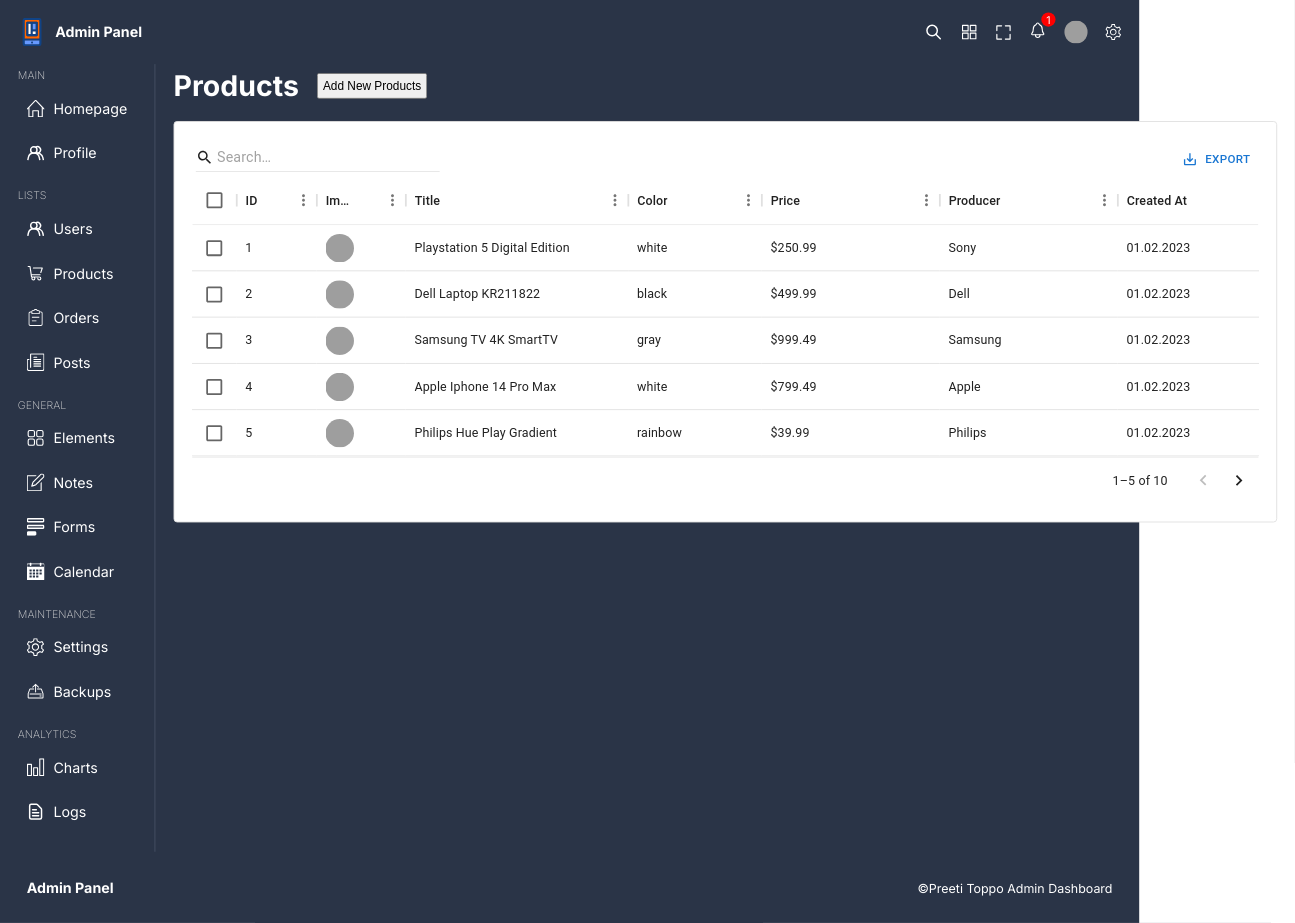
Repository: PreetiToppo/Dashboard
Page: /products (app in Dashboard/)
These files come from the project's save history. The page is drawn as it stood at one moment and after the next save; the edit follows.
The browser window is 1280 px wide. The page is 1455 px wide, so the pictures cover 1455 px, including what lies to the right of the window. The pictures show the whole page, at 89% of full size.
Pictures or frames that could not be fetched are drawn as grey boxes. The project was rebuilt for these pictures with package versions that can differ from the ones it lists, and the page was loaded fresh each time. Also part of the build but not shown: Dashboard/vite.config.ts, Dashboard/src/components/barChartBox/barChatBox.css, Dashboard/src/components/barChartBox/BarChartBox.tsx, Dashboard/src/components/chartBox/chartBox.scss, Dashboard/src/components/chartBox/ChartBox.tsx, Dashboard/src/components/pieChartBox/pieChartBox.scss, Dashboard/src/components/pieChartBox/PieChartBox.tsx, Dashboard/src/components/topBox/topBox.scss and 14 more.

Above is the page before, as saved 2023-08-16 22:56:27.

### Dashboard/src/App.tsx
import Home from "./pages/home/Home"
import {
  createBrowserRouter,
  RouterProvider,
  Outlet,
} from "react-router-dom"
import Users from "./pages/users/Users"
import Products from "./pages/products/Products"
import {Navbar} from "./components/navbar/Navbar"
import { Footer } from "./components/footer/Footer"
import { Menu } from "./components/menu/Menu"
import Login from "./pages/login/Login"
import "./styles/global.scss"
import User from "./pages/user/User"
import Product from "./pages/product/Product"
import { QueryClientProvider, QueryClient } from "@tanstack/react-query"

const queryClient=new QueryClient();
function App() {

  const Layout = () => {
    return (
      <div className="main">
        <Navbar />
        <div className="container">
          <div className="menuContainer">
            <Menu/>
          </div>
          <div className="contentContainer">
            <QueryClientProvider client={queryClient}>
            <Outlet/>
            </QueryClientProvider>

          </div>
        </div>
        <Footer/>
      </div>
    )
  }

  const router = createBrowserRouter ( [
    {
      path: "/",
      element: <Layout/>,
      children:[
        {
          path: "/",
          element:<Home />,
        },
        {
          path:"/users",
          element :<Users/>
        },
        {
          path :"/products",
          element :  <Products/>
        },
        {
          path :"/users/:id",
          element :  <User/>
        },
        {
          path :"/products/:id",
          element :  <Product/>
        },
        ]
    },
    {
      path:"/login",
      element:<Login/>
    }
  ])

  return (
    <RouterProvider router = {router}/>
  )
}

export default App

### Dashboard/src/pages/products/Products.tsx
import { useState } from "react";
import "./products.scss";
import DataTable from "../../components/dataTable/DataTable";
import Add from "../../components/add/Add";
import { GridColDef } from "@mui/x-data-grid";
import { products } from "../../data";

const columns: GridColDef[] = [
  { field: "id", headerName: "ID", width: 90 },
  {
    field: "img",
    headerName: "Image",
    width: 100,
    renderCell: (params) => {
      return <img src={params.row.img || "/noavatar.png"} alt="" />;
    },
  },
  {
    field: "title",
    type: "string",
    headerName: "Title",
    width: 250,
  },
  {
    field: "color",
    type: "string",
    headerName: "Color",
    width: 150,
  },
  {
    field: "price",
    type: "string",
    headerName: "Price",
    width: 200,
  },
  {
    field: "producer",
    headerName: "Producer",
    type: "string",
    width: 200,
  },
  {
    field: "createdAt",
    headerName: "Created At",
    width: 200,
    type: "string",
  },
  {
    field: "inStock",
    headerName: "In Stock",
    width: 150,
    type: "boolean",
  },
];

const Products = () => {
  const [open, setOpen] = useState(false);

  return (
    <div className="products">
      <div className="info">
        <h1>Products</h1>
        <button onClick={() => setOpen(true)}>Add New Products</button>
      </div>
      <DataTable slug="products" columns={columns} rows={products} />
      {open && <Add slug="product" columns={columns} setOpen={setOpen} />}
    </div>
  );
};

export default Products;

### Dashboard/src/components/navbar/Navbar.tsx
import './navbar.scss'

export const Navbar = () => {
  return (
    <div className='navbar'>
      <div className="logo">
        <img src="logo.svg" alt="" />
        <span>Admin Panel</span>
      </div>
      <div className="icons">
        <img src="/search.svg" alt="" />
        <img src="/app.svg" alt="" />
        <img src="expand.svg" alt="" />
        <div className="notification">
          <img src="/notifications.svg" alt="" />
          <span>1</span>
        </div>
        <div className="user">
          <img src="https://images.unsplash.com/photo-1616325629936-99a9013c29c6?ixlib=rb-4.0.3&ixid=M3wxMjA3fDB8MHxwaG90by1wYWdlfHx8fGVufDB8fHx8fA%3D%3D&auto=format&fit=crop&w=387&q=80" alt="" />
        </div>
        <img src="settings.svg" alt="" />
      </div>
    </div>
  )
}

### Dashboard/src/components/footer/Footer.tsx
import './footer.scss'

export const Footer = () => {
  return (
    <div className='footer'>
      <span>Admin Panel</span>
      <span>©Preeti Toppo Admin Dashboard</span>
    </div>
  )
}

### Dashboard/src/components/menu/Menu.tsx
import { Link } from 'react-router-dom'
import './menu.scss'
import {menu} from "../../data"

export const Menu = () => {
  return (
    <div className='menu'>
      {
        menu.map((item) => (
          <div className="item" key = {item.id}>
          <span className="title">{item.title}</span>
          {
            item.listItems.map((listItem) => (
              <Link to={listItem.url} className='listItem' key={listItem.id}>
          <img src={listItem.icon} alt="" />
          <span className='listItemTitle'>{listItem.title}</span>
          </Link>
            ))
          }
        </div>
        ))
      }
    </div>
  )
}

### Dashboard/src/styles/global.scss
@import "./variables.scss";
* {
  margin: 0;
  padding: 0;
  box-sizing: border-box;
}

a {
  text-decoration: none;
  color: inherit;
}

.main {
  font-family: "Inter", sans-serif;
  background-color: $main-bg;
  color: $main-color;
}

.container{
  display: flex;
}

.menuContainer {
  width: 250px;
  padding: 5px 20px;
  border-right:2px solid $soft-bg;
}

.contentContainer {
  width: 100%;
  padding: 5px 20px;
}

### Dashboard/src/components/dataTable/DataTable.tsx
import { DataGrid, GridColDef,
    GridToolbar, } from "@mui/x-data-grid"
import "./dataTable.scss"
import { Link } from "react-router-dom";
import { useMutation, useQueryClient } from "@tanstack/react-query";

type Props = {
    columns: GridColDef[];
    rows: object[];
    slug: string;
  };


export default function DataTable(props: Props) {

  const queryClient=useQueryClient();
  const mutation = useMutation({
    mutationFn: (id: number) => {
      return fetch(`http://localhost:8800/api/${props.slug}/${id}`, {
        method: "DELETE",
      })
    },
    onSuccess: () => {
      queryClient.invalidateQueries([`all${props.slug}`]);
    }
  })
    const handleDelete = (id: number) => {
       mutation.mutate(id)
      };

      const actionColumn: GridColDef = {
        field: "action",
        headerName: "Action",
        width: 200,
        renderCell: (params) => {
          return (
            <div className="action">
              <Link to={`/${props.slug}/${params.row.id}`}>
                <img src="/view.svg" alt="" />
              </Link>
              <div className="delete" onClick={() => handleDelete(params.row.id)}>
                <img src="/delete.svg" alt="" />
              </div>
            </div>
          );
        },
      };

  return (
    <div className="dataTable">
        <DataGrid
        className="dataGrid"
        rows={props.rows}
        columns={[...props.columns, actionColumn]}
        initialState={{
            pagination: {
                paginationModel: {
                    pageSize: 5,
                }
            }
        }}
        slots={{toolbar: GridToolbar}}
        slotProps={{
            toolbar:{
                showQuickFilter:true,
                quickFilterProps:{debounceMs:500},
            }
        }}
        pageSizeOptions={[5]}
        checkboxSelection
        disableRowSelectionOnClick
        disableColumnFilter
        disableDensitySelector
        disableColumnSelector
        />
    </div>
  )
}

### Dashboard/src/pages/products/products.scss
.products{

    .info{
      display: flex;
      align-items: center;
      gap: 20px;
      margin-bottom: 20px;

      button{
        padding: 5px;
        cursor: pointer;
      }
    }
  }

### Dashboard/src/components/navbar/navbar.scss
.navbar {
    width: 100%;
    padding: 20px;
    display: flex;
    align-items: center;
    justify-content: space-between;

    .logo {
        display: flex;
        align-items: center;
        font-weight: bold;
        gap: 10px;
    }

    .icons{
        display:flex;
        align-items: center;
        gap: 20px;

        .notification {
            position: relative;

            span{
                background: red;
                color: white;
                width: 16px;
                height: 16px;
                border-radius: 50%;
                position: absolute;
                top: -10px;
                right: -10px;
                display: flex;
                align-items: center;
                justify-content: center;
                font-size: 12px;
            }
        }

    .user {
        display: flex;
        align-items: center;
        gap: 10px;

        img{
            width: 26px;
            height: 26px;
            border-radius:50%;
            object-fit: cover;;
        }
    }
}
}

### Dashboard/src/components/footer/footer.scss
.footer{
    display: flex;
    align-items: center;
    justify-content: space-between;
    padding: 30px;

    span {

        &:first-child{
            font-weight: bold;
        }

        &:last-child{
            font-size: 14px;
        }
    }
}

### Dashboard/src/components/menu/menu.scss
@import "../../styles/variables.scss";
.menu {

    .item {
        display:flex;
        flex-direction: column;
        gap: 10px;
        margin-bottom: 20px;

        .title {
            font-size: 12px;
            font-weight: 200;
            color: $soft-color;
            text-transform: uppercase;
        }

        .listItem {
            display:flex;
            align-items: center;
            gap: 10px;
            padding: 10px;
            border-radius: 5px;

            &:hover{
                background: $soft-color;
                color: black;
            }
        }
    }
}

### Dashboard/src/components/dataTable/dataTable.scss
.dataTable{

    .dataGrid{
      background: white;
      padding: 20px;

      .MuiDataGrid-toolbarContainer{
        flex-direction: row-reverse;
      }

      img{
        width: 32px;
        height: 32px;
        border-radius: 50%;
        object-fit: cover;
      }

      .action{
        display: flex;
        gap: 15px;

        img{
          width: 20px;
          height: 20px;
          cursor: pointer;
        }
      }
    }
  }

Loaded but not shown: Dashboard/index.html (common file); Dashboard/src/main.tsx (common file); Dashboard/src/data.ts (common file); Dashboard/src/styles/variables.scss (common file)

After the next save:
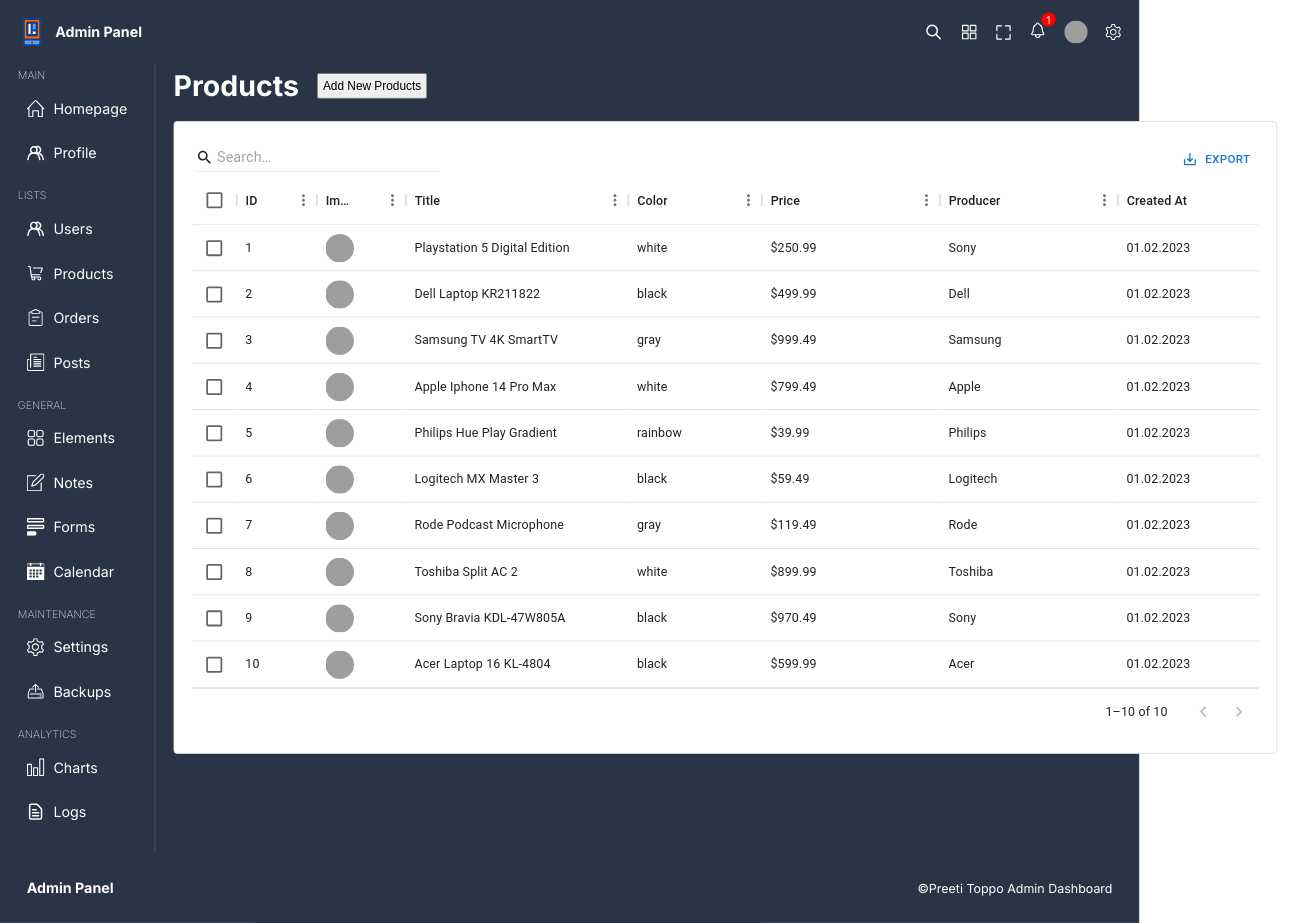
Saved 3 min 15 s later.
--- a/Dashboard/src/components/dataTable/DataTable.tsx
+++ b/Dashboard/src/components/dataTable/DataTable.tsx
@@ -1,70 +1,76 @@
-import { DataGrid, GridColDef,
-    GridToolbar, } from "@mui/x-data-grid"
-import "./dataTable.scss"
+import {
+  DataGrid,
+  GridColDef,
+  GridToolbar,
+} from "@mui/x-data-grid";
+import "./dataTable.scss";
 import { Link } from "react-router-dom";
 import { useMutation, useQueryClient } from "@tanstack/react-query";
 
 type Props = {
-    columns: GridColDef[];
-    rows: object[];
-    slug: string;
-  };
+  columns: GridColDef[];
+  rows: object[];
+  slug: string;
+};
 
+const DataTable = (props: Props) => {
 
-export default function DataTable(props: Props) {
+  // TEST THE API
 
-  const queryClient=useQueryClient();
+  const queryClient = useQueryClient();
   const mutation = useMutation({
     mutationFn: (id: number) => {
       return fetch(`http://localhost:8800/api/${props.slug}/${id}`, {
-        method: "DELETE",
-      })
+        method: "delete",
+      });
     },
-    onSuccess: () => {
+    onSuccess: ()=>{
       queryClient.invalidateQueries([`all${props.slug}`]);
     }
-  })
-    const handleDelete = (id: number) => {
-       mutation.mutate(id)
-      };
+  });
 
-      const actionColumn: GridColDef = {
-        field: "action",
-        headerName: "Action",
-        width: 200,
-        renderCell: (params) => {
-          return (
-            <div className="action">
-              <Link to={`/${props.slug}/${params.row.id}`}>
-                <img src="/view.svg" alt="" />
-              </Link>
-              <div className="delete" onClick={() => handleDelete(params.row.id)}>
-                <img src="/delete.svg" alt="" />
-              </div>
-            </div>
-          );
-        },
-      };
+  const handleDelete = (id: number) => {
+    //delete the item
+    mutation.mutate(id)
+  };
+
+  const actionColumn: GridColDef = {
+    field: "action",
+    headerName: "Action",
+    width: 200,
+    renderCell: (params) => {
+      return (
+        <div className="action">
+          <Link to={`/${props.slug}/${params.row.id}`}>
+            <img src="/view.svg" alt="" />
+          </Link>
+          <div className="delete" onClick={() => handleDelete(params.row.id)}>
+            <img src="/delete.svg" alt="" />
+          </div>
+        </div>
+      );
+    },
+  };
 
   return (
     <div className="dataTable">
-        <DataGrid
+      <DataGrid
         className="dataGrid"
         rows={props.rows}
         columns={[...props.columns, actionColumn]}
         initialState={{
-            pagination: {
-                paginationModel: {
-                    pageSize: 5,
-                }
-            }
+          pagination: {
+            paginationModel: {
+              pageSize: 10,
+            },
+          },
         }}
-        slots={{toolbar: GridToolbar}}
+        slots={{ toolbar: GridToolbar }}
         slotProps={{
-            toolbar:{
-                showQuickFilter:true,
-                quickFilterProps:{debounceMs:500},
-            }
+          toolbar: {
+            showQuickFilter: true,
+            quickFilterProps: { debounceMs: 500 },
+          },
         }}
         pageSizeOptions={[5]}
         checkboxSelection
@@ -72,7 +78,9 @@ export default function DataTable(props: Props) {
         disableColumnFilter
         disableDensitySelector
         disableColumnSelector
-        />
+      />
     </div>
-  )
-}
+  );
+};
+
+export default DataTable;
